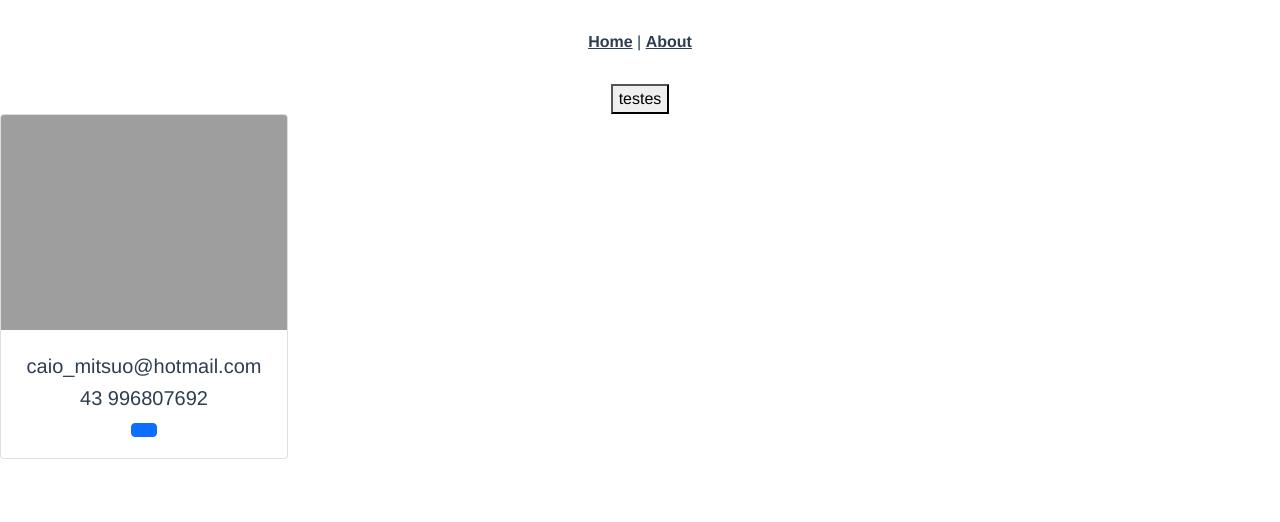
Repository: caiomitsuo/ContactsVueJs
Page: /lista
The author's editor kept a copy of each file at every save. The page is drawn from the files as they stood at one save, then again after the next save.
The browser window is 1280 px wide. The pictures show the whole page.
Pictures or frames that could not be fetched are drawn as grey boxes. The page's requests for data from a server got no answer. The project was rebuilt for these pictures with package versions that can differ from the ones it lists, and the page was loaded fresh each time. No one was signed in, and anything a server would have sent is missing. Also part of the build but not shown: vue.config.js, src/components/HelloWorld.vue, src/views/HomeView.vue.

Above is the page before, as saved 2022-04-30 12:31:53.

### src/main.js
import Vue from 'vue'
import App from './App.vue'
import router from './router'
import store from './store'
import { BootstrapVue, IconsPlugin } from 'bootstrap-vue'
import './plugins/axios'

// Import Bootstrap and BootstrapVue CSS files (order is important)
import 'bootstrap/dist/css/bootstrap.css'
import 'bootstrap-vue/dist/bootstrap-vue.css'

// Make BootstrapVue available throughout your project
Vue.use(BootstrapVue)
// Optionally install the BootstrapVue icon components plugin
Vue.use(IconsPlugin)

Vue.config.productionTip = false

new Vue({
  router,
  store,
  render: h => h(App)
}).$mount('#app')

### src/App.vue
<template>
  <div id="app">
    <nav>
      <router-link to="/">Home</router-link> |
      <router-link to="/about">About</router-link>
    </nav>
    <router-view/>
  </div>
</template>
<script>
export default ({
  created() {
    this.$http.get('/ping').then((response) => {
      console.log(response)
    })
  },
})
</script>
<style>
#app {
  font-family: Avenir, Helvetica, Arial, sans-serif;
  -webkit-font-smoothing: antialiased;
  -moz-osx-font-smoothing: grayscale;
  text-align: center;
  color: #2c3e50;
}

nav {
  padding: 30px;
}

nav a {
  font-weight: bold;
  color: #2c3e50;
}

nav a.router-link-exact-active {
  color: #42b983;
}
</style>

### src/router/index.js
import Vue from 'vue'
import VueRouter from 'vue-router'
import HomeView from '../views/HomeView.vue'
import ListView from '../views/ListView.vue'
Vue.use(VueRouter)

const routes = [
  {
    path: '/',
    name: 'home',
    component: HomeView
  },
  {
    path: '/about',
    name: 'about',
    // route level code-splitting
    // this generates a separate chunk (about.[hash].js) for this route
    // which is lazy-loaded when the route is visited.
    component: () => import(/* webpackChunkName: "about" */ '../views/AboutView.vue')
  },
  {
    path: '/lista',
    name: 'lista',
    component:ListView
  }
]

const router = new VueRouter({
  mode: 'history',
  base: process.env.BASE_URL,
  routes
})

export default router

### src/plugins/axios.js
import Vue from 'vue'
import axios from 'axios'

axios.defaults.baseURL = 'http://127.0.0.1:8000/api/'

Vue.use({
    install(Vue){
        Vue.prototype.$http = axios
    }
})

### src/views/ListView.vue
<template>
  <div>
    <button>testes</button>
    <div class="card" style="width: 18rem;" v-for="user in listagem" :key="user.id">
         <img class="card-img-top" src="https://www.psicologo.com.br/wp-content/uploads/sou-uma-pessoa-boa-ou-nao.jpg">
        <div class="card-body">
    <h5 class="card-title">{{user.name}}</h5>
    <h5 class="card-title">{{user.email}}</h5>
    <h5 class="card-title">{{user.telefone}}</h5>

    <a href="#" class="btn btn-primary"></a>
  </div>
    </div>
  </div>
</template>

<script>
export default {
    data() {
        return {
            listagem: []
        }
    },
    methods: {
        adicionarListagem() {

        },
    },
    created(){
        var list = [
            {nome: 'Caio Mitsuo', email:'caio_mitsuo@hotmail.com', telefone:'43 996807692'}
        ]
        this.listagem = list
    }
};
</script>

<style lang="scss" scoped>
</style>

Loaded but not shown: public/index.html (common file); src/store/index.js (common file)

After the next save:
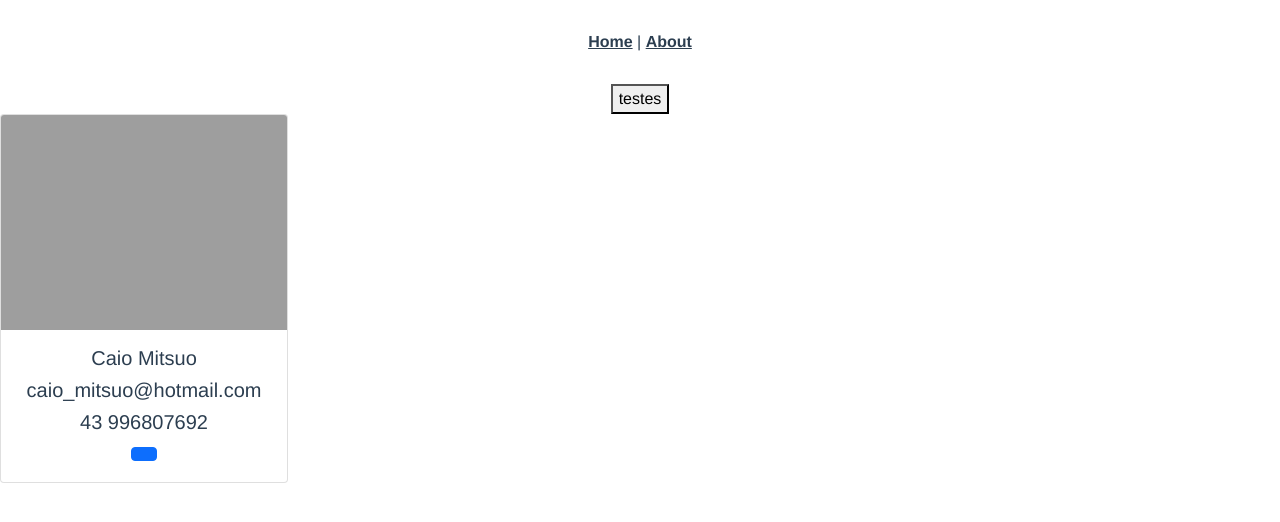
Saved 17 s later.
--- a/src/views/ListView.vue
+++ b/src/views/ListView.vue
@@ -4,7 +4,7 @@
     <div class="card" style="width: 18rem;" v-for="user in listagem" :key="user.id">
          <img class="card-img-top" src="https://www.psicologo.com.br/wp-content/uploads/sou-uma-pessoa-boa-ou-nao.jpg">
         <div class="card-body">
-    <h5 class="card-title">{{user.name}}</h5>
+    <h5 class="card-title">{{user.nome}}</h5>
     <h5 class="card-title">{{user.email}}</h5>
     <h5 class="card-title">{{user.telefone}}</h5>
 
